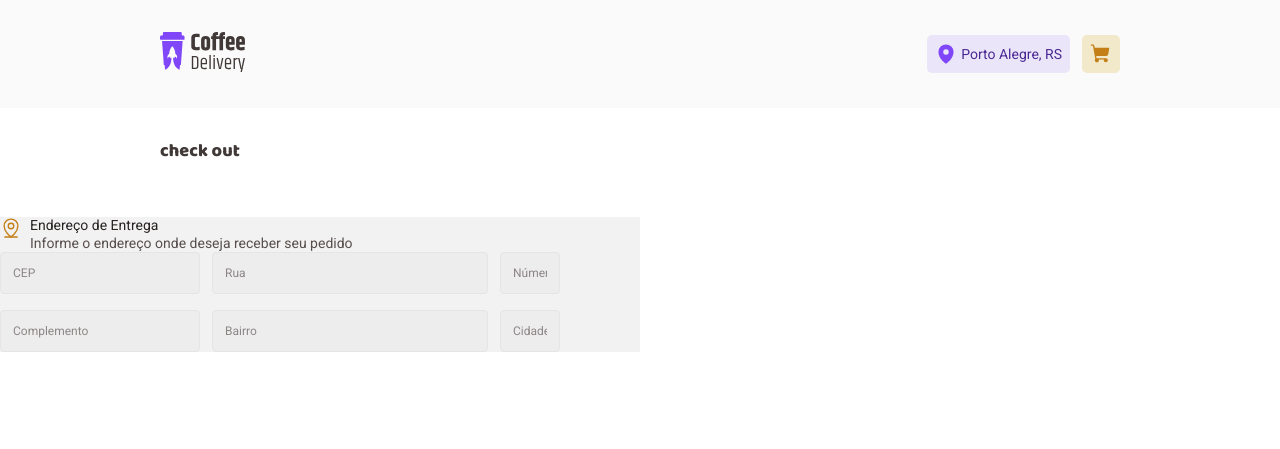
Repository: caueenrico/CoffeDelivery
Page: /checkout
These files come from the project's save history. The page is drawn as it stood at one moment and after a run of saves; the edit follows.
The browser window is 1280 px wide. The pictures show the whole page.
The project was rebuilt for these pictures with package versions that can differ from the ones it lists, and the page was loaded fresh each time. Also part of the build but not shown: vite.config.ts, src/components/CoffesOptions/styled.ts, src/components/CoffeCards/styles.ts, src/components/IpuntNumber/styles.ts, src/components/IpuntNumber/index.tsx, src/components/CartOfCard/styles.ts, src/components/CartOfCard/index.tsx, src/utils/formatMoney.ts and 4 more.

Above is the page before, as saved 2022-09-22 15:05:21.

### index.html
<!DOCTYPE html>
<html lang="en">
  <head>
    <meta charset="UTF-8" />

    <link rel="preconnect" href="https://fonts.googleapis.com" />
    <link rel="preconnect" href="https://fonts.gstatic.com" crossorigin />
    <link
      href="https://fonts.googleapis.com/css2?family=Baloo+2:wght@700;800&family=Roboto:wght@400;700&display=swap"
      rel="stylesheet"
    />

    <link rel="icon" type="image/svg+xml" href="/vite.svg" />
    <meta name="viewport" content="width=device-width, initial-scale=1.0" />
    <title>Vite + React + TS</title>
  </head>
  <body>
    <div id="root"></div>
    <script type="module" src="/src/main.tsx"></script>
  </body>
</html>

### src/App.tsx
import { BrowserRouter } from "react-router-dom";
import { ThemeProvider } from "styled-components";
import { Router } from "./Router";
import { defaultTheme } from "./styles/themes/default";
import { GlobalStyle } from "./styles/themes/global";

export function App() {
  return (
    <ThemeProvider theme={defaultTheme}>
      <BrowserRouter>
        <Router />
      </BrowserRouter>
      <GlobalStyle />
    </ThemeProvider>
  );
}

### src/Router.tsx
import { Routes, Route } from 'react-router-dom'
import { DefaultLayout } from './layouts/DefaultLayout'
import { CheckOut } from './pages/CheckOut'
import { Home } from './pages/Home'



export function Router() {
  return (
    <Routes>
      <Route path="/" element={<DefaultLayout />}>
        <Route path="/" element={<Home />} />
        <Route path="/checkout" element={<CheckOut />} />
      </Route>
    </Routes>
  )
}

### src/styles/themes/default.ts
export const defaultTheme = {
  white: '#FFFFFF',

  // PRODUTOS
  'yellow-dark': '#C47F17',
  'yellow': '#DBAC2C',
  'yellow-light': '#F1E9C9',

  'purple-dark': '#4B2995',
  'purple': '#8047F8',
  'purple-light': '#EBE5F9',

  //BASE
  'title':'#272221',
  'subtitle': '#403937',
  'text':'#574F4D',
  'label':'#8D8686',
  'hover':'#D7D5D5',
  'button':'#E6E5E5',
  'input':'#EDEDED',
  'card':'#F3F2F2',
  'background':'#FAFAFA'
}

### src/styles/themes/global.ts
import { createGlobalStyle } from "styled-components";


export const GlobalStyle = createGlobalStyle`
  *{
    margin: 0;
    padding: 0;
    box-sizing: border-box;
  }

  :focus{
    outline: 0;
  }

  body{
    -webkit-font-smoothing: antialiased;
  }

  body,input,textarea,button{
    font-family: 'Roboto', sans-serif;
    font-weight: 400;
    font-size: 1rem;
  }

  input::-webkit-outer-spin-button,
  input::-webkit-inner-spin-button {
    -webkit-appearance: none;
    margin: 0;
  }
  input[type="number"] {
    -moz-appearance: textfield;
  }

`

### src/layouts/DefaultLayout/index.tsx
import { Outlet } from 'react-router-dom'
import { Header } from '../../components/Header'
import { LayoutContainer } from './styles'

export function DefaultLayout() {
  return (
    <div>
      <LayoutContainer>
        <Header />
        <Outlet />
      </LayoutContainer>
    </div>
  )
}

### src/pages/CheckOut/index.tsx
import { MapPinLine } from "phosphor-react";
import { useTheme } from "styled-components";
import { TilteText } from "../Home/styles";
import { AddressForm } from "./AddresForm";
import { TextCheck } from "./components/TextosCheck";
import { AddressFormContainer, ContainerCheckOut } from "./styles";


export function CheckOut (){

  return(
    <>
    <TilteText>
      check out
    </TilteText>

    <ContainerCheckOut>
      <TextCheck
      icon={<MapPinLine size={22} color="#C47F17"/>}
      title='Endereço de Entrega'
      subtitle="Informe o endereço onde deseja receber seu pedido"
      />


        <AddressForm />


    </ContainerCheckOut>
    </>
  )
}

### src/components/Header/index.tsx
import { HeaderContainer, NavHeaders } from "./styles";
import logo from '../assets/logo.svg';
import { Locations } from "../Locations";
import { Cart } from "../Cart";
import { NavLink } from "react-router-dom";


export function Header() {
  return (
    <HeaderContainer>
      <NavLink to='/'>
      <img src={logo} alt="" />
      </NavLink>

      <NavHeaders>
        <Locations />
        <NavLink to='/checkout'>
          <Cart/>
        </NavLink>
      </NavHeaders>
    </HeaderContainer>
  );
}

### src/layouts/DefaultLayout/styles.ts
import styled from 'styled-components'

export const LayoutContainer = styled.div`

`

### src/pages/Home/styles.ts
import Background from '../assets/Background.png'

import styled from "styled-components";

export const BannerContainer = styled.div`

display: flex;
align-items: center;
justify-content: space-between;

padding: 94px 160px;

background-image: url(${Background});
background-position: center;
background-repeat: no-repeat;
background-size: cover;

`

export const TextContainer = styled.div`
 max-width: 588px;

 h1{
  font-family: 'Baloo 2';
  font-style: normal;
  font-weight: 800;
  font-size: 48px;
  line-height: 130%;
  color: ${props => props.theme['title']}
 }

  span {
    font-family: 'Roboto';
    font-weight: 400;
    font-size: 20px;
    line-height: 130%;
    color: ${props => props.theme['subtitle']}
  }




`

export const Benefist = styled.div `

  margin-top: 66px;
  max-width: 567px;
  color: ${props => props.theme['text']};

  ul {
    list-style-type: none;
    display: flex;
    gap: 40px;

  }

  ul li{
    font-size: 16px;
    display: flex;
    align-items: center;
    margin-bottom: 20px;
    gap: 12px;


  }

  .test{
    width: 231px;
  }
`

export const ProductsContainer = styled.div`

  h1{
    font-family: 'Baloo 2';
    font-style: normal;
    font-weight: 800;
    font-size: 32px;
    line-height: 130%;

    margin-left: 160px;
    margin-top: 32px;
    margin-bottom: 54px;

    color:${props => props.theme['subtitle']}
  }



`

export const TilteText = styled.h1`
    font-family: 'Baloo 2';
    font-style: normal;
    font-weight: 800;
    font-size: 18px;
    line-height: 130%;

    margin-left: 160px;
    margin-top: 32px;
    margin-bottom: 54px;

    color:${props => props.theme['subtitle']}
`

### src/pages/CheckOut/AddresForm.tsx
import { InputForm } from "../../components/InpuitForm";
import { AddressFormContainer } from "./styles";



export function AddressForm(){
  return(
    <AddressFormContainer>
      <InputForm placeholder="CEP" type='number' className="cep"/>
      <InputForm placeholder="Rua" className="street"/>
      <InputForm placeholder="Número" type='number'/>
      <InputForm placeholder="Complemento" className="complemento"/>
      <InputForm placeholder="Bairro" />
      <InputForm placeholder="Cidade"/>

    </AddressFormContainer>
  )
}

### src/pages/CheckOut/components/TextosCheck/index.tsx
import { ReactNode } from "react"
import { SectionTitleContainer } from "./styles"

interface TextCheckProps{
  title: string
  subtitle: string
  icon: ReactNode
}

export function TextCheck({title,subtitle,icon}: TextCheckProps){
  return(
    <SectionTitleContainer>
      {icon}
      <div>
        <h1>{title}</h1>
        <span>{subtitle}</span>
      </div>
    </SectionTitleContainer>
  )
}

### src/pages/CheckOut/styles.ts
import styled from "styled-components";

export const ContainerCheckOut = styled.div `

  display: flex;
  flex-direction: column;
  width: 40rem;
  background: ${props => props.theme.card};
`

export const AddressFormContainer = styled.div`
  width: 100%;
  display: grid;
  grid-template-columns: 12.5rem 17.25rem 3.75rem;
  column-gap: 0.75rem;
  row-gap: 1rem;
  grid-auto-flow: dense;
`

### src/components/Header/styles.ts
import styled from "styled-components";

export const HeaderContainer = styled.div`

  min-height: 104px;

  display: flex;
  align-items: center;
  justify-content: space-between;

  padding: 32px 160px;

  background-color: ${props => props.theme['background']};

  position: sticky;
  top: 0;
  left: 0;
  z-index: 5;

`
export const NavHeaders = styled.nav`
  display: flex;
  gap: 12px;

`

### src/components/Locations/index.tsx
import { MapPin } from "phosphor-react";
import { LocationsContainer } from "./styles";


export function Locations (){

  return (
    <LocationsContainer>
        <MapPin size={22} weight='fill' color="#8047F8"/> Porto Alegre, RS
    </LocationsContainer>
  )
}

### src/components/Cart/index.tsx
import { ShoppingCart } from "phosphor-react";
import React from "react";
import { CartContainer } from "./styles";

export function Cart (){
  return(
    <CartContainer>
      <ShoppingCart size={22} weight='fill'/>
    </CartContainer>
  )
}

### src/components/InpuitForm/index.tsx
import { InputHTMLAttributes } from "react";
import { InputStyleContainer } from "./styles";

type InputProps = InputHTMLAttributes<HTMLInputElement>

export function InputForm({...props}:InputProps ){
  return(
    <InputStyleContainer {...props}/>
  )
}

### src/pages/CheckOut/components/TextosCheck/styles.ts
import styled from "styled-components";

export const SectionTitleContainer = styled.div`
  display: flex;
  gap: 0.5rem;

  div{
    h1{
      font-size: 0.875rem;
      font-weight: 400;
      color: ${props => props.theme.title};
    }
    span{
      font-size: 0.875rem;
      font-weight: 400;
      color: ${props => props.theme.text};
    }
  }

`

### src/components/Locations/styles.ts
import styled from "styled-components";

export const LocationsContainer = styled.div`
  border-radius: 5px;

  max-width: 143px;
  padding: 8px;
  font-size: 14px;

  background-color: ${props => props.theme['purple-light']};
  color: ${props => props.theme['purple-dark']};

  display: flex;
  justify-content: center;
  align-items: center;
  gap: 4px;



`

### src/components/Cart/styles.ts
import styled from "styled-components";

export const CartContainer = styled.button`
  max-width: 38px;
  max-height: 38px;
  border-radius: 5px;
  border: none;

  background-color: ${props => props.theme['yellow-light']};
  color: ${props => props.theme['yellow-dark']};

  display: flex;
  align-content: center;
  align-items: center;

  padding: 8px;

`

### src/components/InpuitForm/styles.ts
import styled from "styled-components";

export const InputStyleContainer = styled.input`
  height: 2.625rem;
  border-radius: 4px;
  border: 1px solid ${props => props.theme.button};
  background: ${props => props.theme.input};
  transition: 0.4s;

  &:focus{
    border-color: ${props => props.theme["yellow-dark"]};
  }

  color: ${props => props.theme["text"]};
  font-size: 00.75rem;
  padding: 0 0.75rem;

  &::placeholder{
    color: ${props => props.theme["label"]};
  }
`

Loaded but not shown: src/main.tsx (common file)

After the next 6 saves:
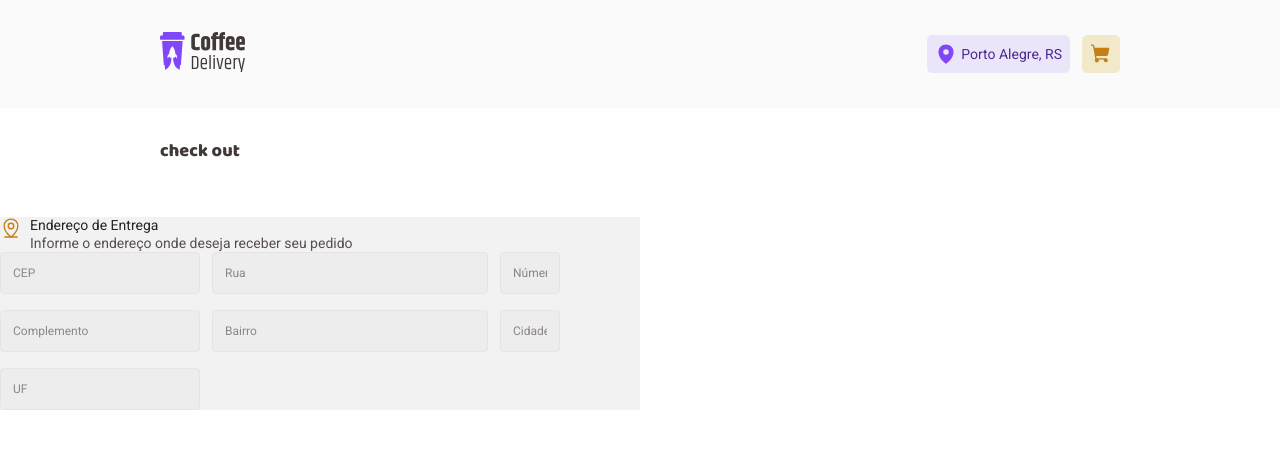
The 6 saves are shown as one change because they came seconds apart.
The last was saved 20 s later.
--- a/src/pages/CheckOut/AddresForm.tsx
+++ b/src/pages/CheckOut/AddresForm.tsx
@@ -12,7 +12,7 @@ export function AddressForm(){
       <InputForm placeholder="Complemento" className="complemento"/>
       <InputForm placeholder="Bairro" />
       <InputForm placeholder="Cidade"/>
-
+      <InputForm placeholder="UF"/>
     </AddressFormContainer>
   )
 }
